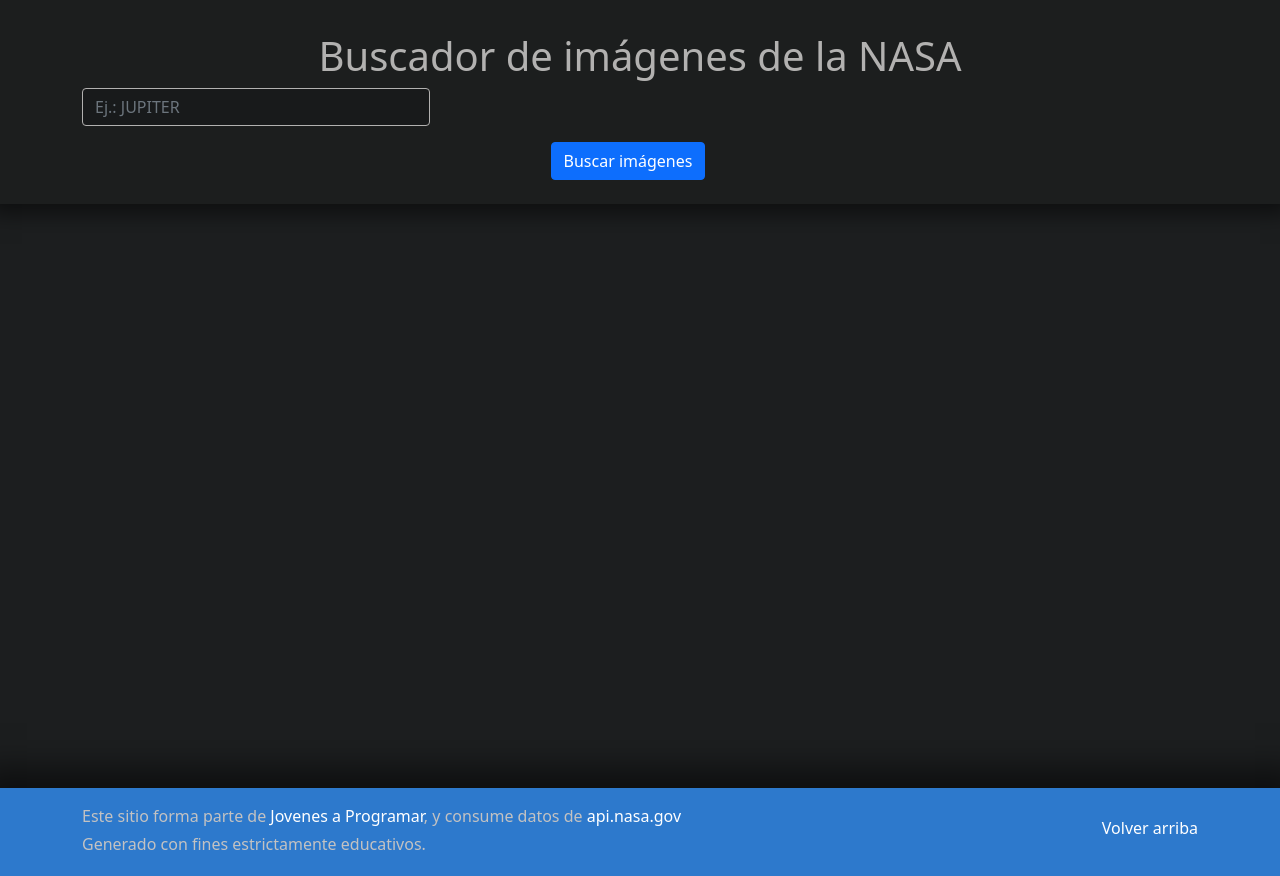
Repository: romancegirl/galaxies
Page: index.html
The author's editor kept a copy of each file at every save. The page is drawn from the files as they stood at one save, then again after a run of saves.
The browser window is 1280 px wide. The pictures show the whole page.

Above is the page before, as saved 2024-11-30 04:09:32.

### index.html
<!doctype html>
<html lang="es">

<head>
  <meta charset="utf-8">
  <meta name="viewport" content="width=device-width, initial-scale=1">
  <title>Buscador de imágenes de la NASA</title>

  <link href="css/bootstrap.min.css" rel="stylesheet">
  <link rel="stylesheet" href="css/style.css">
</head>

<body>

  <header>
    <div class="d-flex justify-content-around align-items-center" id="intro">
      <div class="text-center container">
        <div class="row py-lg-3">
          <div class="col-lg-12 mx-auto">
            <h1 class="fw-light">Buscador de imágenes de la NASA</h1>
          </div>
          <div class="row">
            <div class="col-lg-4 col-md-2">
              <input type="search" class="form-control" name="buscar" id="inputBuscar" placeholder="Ej.: JUPITER">
            </div>
          </div>
          <div class="row">
            <div class="col-lg-2 col-md-2 mx-auto">
              <button class="btn btn-primary my-2" id="btnBuscar">Buscar imágenes</button>
            </div>
          </div>
        </div>
      </div>
    </div>
    </div>
  </header>

  <main>
    <div class="container">
      <div id="contenedor">
      </div>
    </div>
  </main>


  <footer class="text-muted py-3">
    <div class="container">
      <p class="float-end mb-1">
        <a href="#">Volver arriba</a>
      </p>
      <p class="mb-1">Este sitio forma parte de <a href="https://jovenesaprogramar.edu.uy/" target="_blank">
          Jovenes a Programar</a>, y consume datos de <a href="https://api.nasa.gov/" target="_blank">
          api.nasa.gov</a></p>
      <p class="mb-1">Generado con fines estrictamente educativos.</p>
    </div>
  </footer>

  <script src="https://cdn.jsdelivr.net/npm/bootstrap@5.3.1/dist/js/bootstrap.bundle.min.js"></script>
  <script src="js/space.js"></script>

</body>

</html>

### css/style.css
body {
    background-color: #1C1E1F;
    color: #B2B1B0;
    display: flex;
    flex-direction: column;
    min-height: 100vh;
}

main {
    min-height: calc(100vh - 160px);
    flex-grow: 1;
}

#intro {
    background-color: #1c1e1f9b;
    padding-top: 1rem;
    position: relative;
    box-shadow: 0 0 20px 10px rgba(0, 0, 0, 0.5);
}

input[type="search"] {
    background-color: #181A1B;
    border: 1px solid #B2B1B0;
    color: #B2B1B0;
}

input[type="search"]:focus {
    box-shadow: 0 0 5px #2D79CC;
    background-color: #181A1B;
    border: 1px solid #2D79CC;
    color: #B2B1B0;
}

.form-control {
    margin-bottom: 0.5rem;
}


#contenedor {
    display: flex;
    flex-wrap: wrap;
    justify-content: center;
    gap: 1rem;
    align-items: center;
}

.card {
    width: 22rem;
    height: 500px;
    display: flex;
    flex-direction: column;
    overflow: hidden;
    margin-top: 2rem;
    background-color: #181A1B;
    color: #c3c2c2;
    box-shadow: 0 0 4px 4px #2d7acc66;
}

.card-img-top {
    width: 100%;
    height: 250px;
    object-fit: cover;
}

.card-body {
    height: 250px;
    overflow-y: auto;
    padding: 1rem;
}

.card-text {
    display: -webkit-box;
    -webkit-line-clamp: 3;
    -webkit-box-orient: vertical;
    overflow: hidden;
    transition: all 0.3s ease-in-out;
}

.card-text.more {
    -webkit-line-clamp: 3;
    overflow: hidden;
}

.card-text.full {
    -webkit-line-clamp: unset;
    overflow: visible;
}

#more {
    cursor: pointer;
    color: #007bff;
    text-decoration: none;
    display: block;
    margin-top: 10px;
}



footer {
    background-color: #2D79CC;
    bottom: 0;
    width: 100%;
    margin-top: 1.5rem;
    box-shadow: 0 0 30px 20px rgba(0, 0, 0, 0.5);
}

footer p {
    color: #c3c2c2
}

footer a {
    color: #ffffff;
    text-decoration: none;
}

footer a:hover {
    color: #9b9a9b;
    transform: scale(1.05);
    transition: color 0.3s, text-shadow 0.3s;
}

footer .float-end {
    transform: translateY(50%);
}




@media (max-width: 1200px) {
    .col-lg-6 {
        width: 50%;
    }
}

@media (max-width: 768px) {
    .col-md-4 {
        width: 100%;
    }
}

### js/space.js
// Función para alternar la visibilidad del texto
function toggleDescription(button) {
    const cardBody = button.closest('.card-body');
    const descriptionText = cardBody.querySelector('.card-text');

    // Alternar clases entre "more" y "full" en el texto de la descripción
    if (descriptionText.classList.contains('more')) {
        descriptionText.classList.remove('more');
        descriptionText.classList.add('full');
        button.textContent = 'Ver menos'; // Cambiar el texto del botón
    } else {
        descriptionText.classList.remove('full');
        descriptionText.classList.add('more');
        button.textContent = 'Ver más'; // Cambiar el texto del botón
    }
}

// Asegúrate de que el evento de clic esté correctamente asignado en el HTML generado
const inputBuscar = document.getElementById('inputBuscar');
const btnBuscar = document.getElementById('btnBuscar');
const contenedor = document.getElementById('contenedor');

const searchNASAImages = async () => {
    const query = inputBuscar.value.trim();

    if (!query) {
        alert('Por favor, ingresa un término de búsqueda.');
        return;
    }

    const nasaAPI = `https://images-api.nasa.gov/search?q=${query}`;

    try {
        const response = await fetch(nasaAPI);
        const data = await response.json();

        const items = data.collection.items;
        if (!items || items.length === 0) {
            contenedor.innerHTML = `
            <h3><strong>No hemos encontrado información relacionada a "${query}".</strong></h3>`;
            return;
        }

        contenedor.innerHTML = '';

        const row = document.createElement('div');
        row.className = 'row';

        items.forEach((item) => {
            const { title, description, date_created } = item.data[0];
            const imageUrl = item.links?.[0]?.href || 'https://via.placeholder.com/150';

            // Crear la tarjeta
            const card = document.createElement('div');
            card.className = 'col-12 col-md-4 mb-6';

            // Contenido de la tarjeta
            card.innerHTML = `
                <div class="card">
                    <img src="${imageUrl}" class="card-img-top" alt="${title}">
                    <div class="card-body">
                        <h5 class="card-title">${title}</h5>
                        <p class="card-text more">${description || 'Descripción no disponible.'}</p>
                        <!-- Aquí controlamos la visibilidad del botón -->
                        ${description && description.length > 200 ? '<p class="card-text" id="more" onclick="toggleDescription(this)">Ver más</p>' : ''}
                        <p class="card-text"><small class="text-muted">Fecha: ${new Date(date_created).toLocaleDateString()}</small></p>
                    </div>
                </div>
            `;

            const descriptionText = card.querySelector('.card-text');
            const moreButton = card.querySelector('#more');
            if (!description || description.length <= 200) {
                if (moreButton) {
                    moreButton.style.display = 'none';
                }
                descriptionText.classList.add('full');
            }

            row.appendChild(card);
        });

        contenedor.appendChild(row);
    } catch (error) {
        console.error('Error al obtener datos:', error);
        contenedor.innerHTML = `<p class="text-center text-danger">Ocurrió un error al obtener los datos.</p>`;
    }
};

btnBuscar.addEventListener('click', searchNASAImages);
inputBuscar.addEventListener('keydown', (event) => {
    if (event.key === 'Enter') {
        event.preventDefault();
        searchNASAImages();
    }
});

Loaded but not shown: css/bootstrap.min.css (library)

After the next 2 saves:
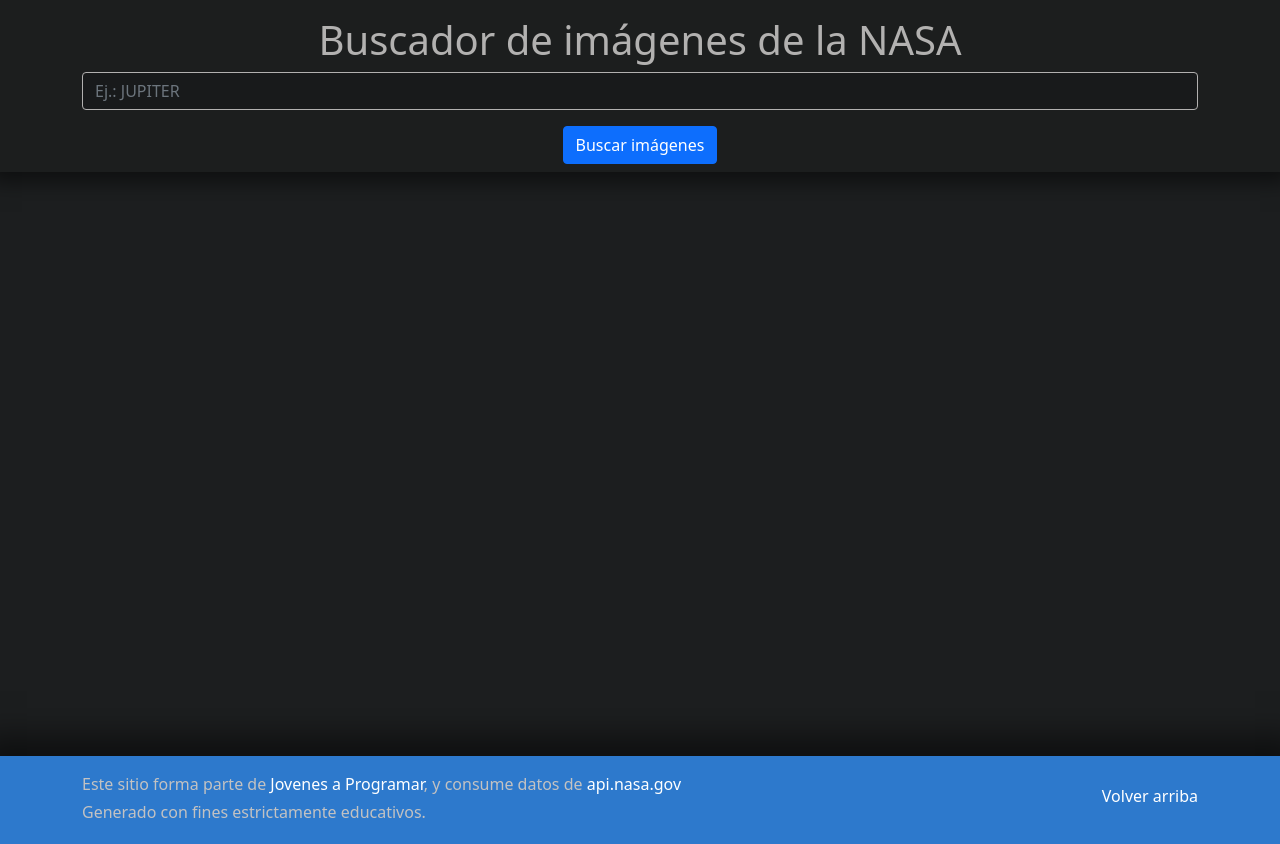
The 2 saves are shown as one change because they came seconds apart.
The last was saved 4 min 46 s later.
--- a/index.html
+++ b/index.html
@@ -15,23 +15,10 @@
   <header>
     <div class="d-flex justify-content-around align-items-center" id="intro">
       <div class="text-center container">
-        <div class="row py-lg-3">
-          <div class="col-lg-12 mx-auto">
-            <h1 class="fw-light">Buscador de imágenes de la NASA</h1>
-          </div>
-          <div class="row">
-            <div class="col-lg-4 col-md-2">
-              <input type="search" class="form-control" name="buscar" id="inputBuscar" placeholder="Ej.: JUPITER">
-            </div>
-          </div>
-          <div class="row">
-            <div class="col-lg-2 col-md-2 mx-auto">
-              <button class="btn btn-primary my-2" id="btnBuscar">Buscar imágenes</button>
-            </div>
-          </div>
-        </div>
+        <h1 class="fw-light">Buscador de imágenes de la NASA</h1>
+        <input type="search" class="form-control" name="buscar" id="inputBuscar" placeholder="Ej.: JUPITER">
+        <button class="btn btn-primary my-2" id="btnBuscar">Buscar imágenes</button>
       </div>
-    </div>
     </div>
   </header>
 
